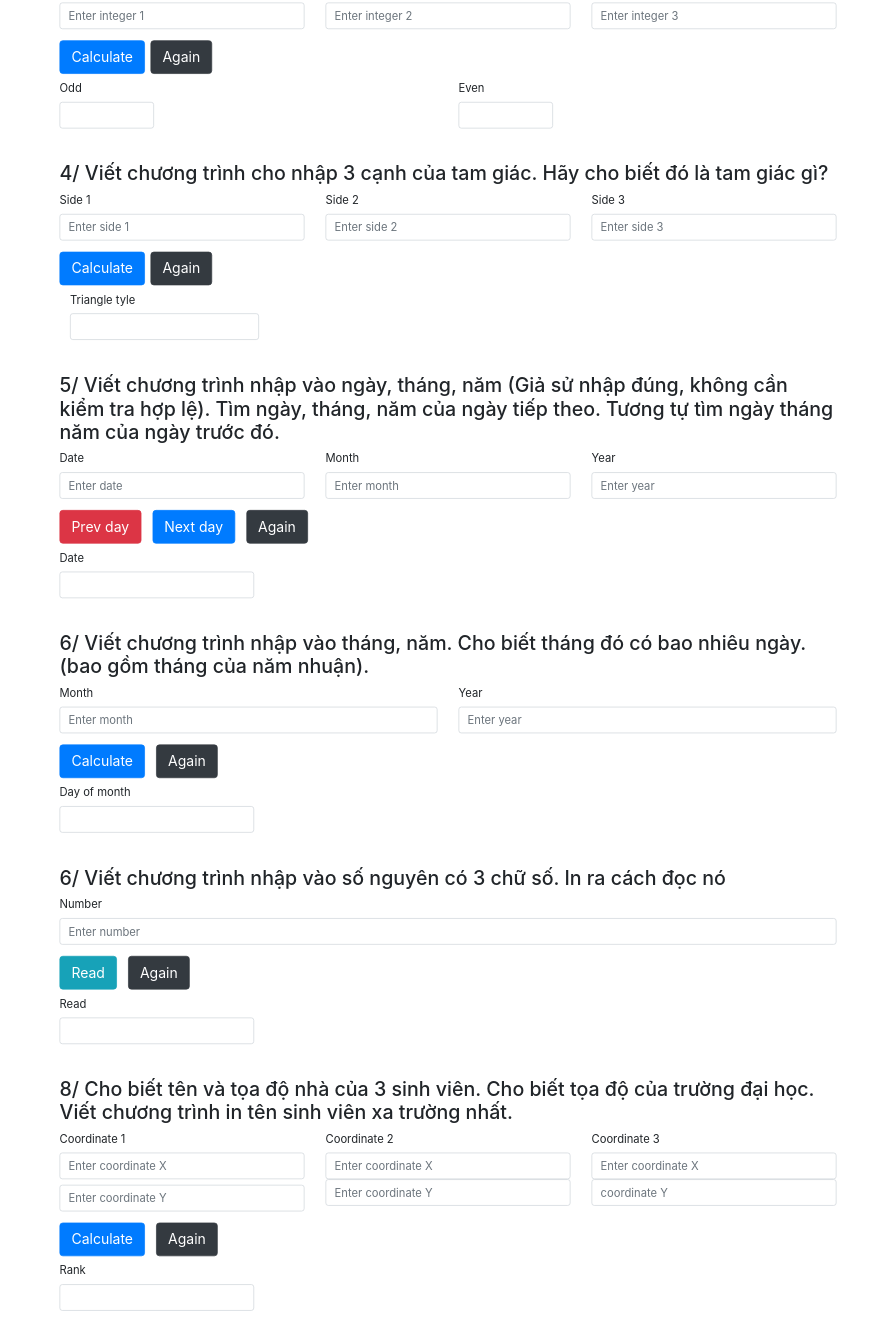
Repository: baobaodeveloper/bootscamp21__jsbasic__HuynhAnhBao
Page: index.html
The author's editor kept a copy of each file at every save. The page is drawn from the files as they stood at one save, then again after the next save.
The browser window is 1280 px wide. The pictures show the part of the page from y = 732 to 2652 px (the page is 2652 px tall), at 70% of full size.

Above is the page before, as saved 2022-03-11 18:13:26.

After the next save:
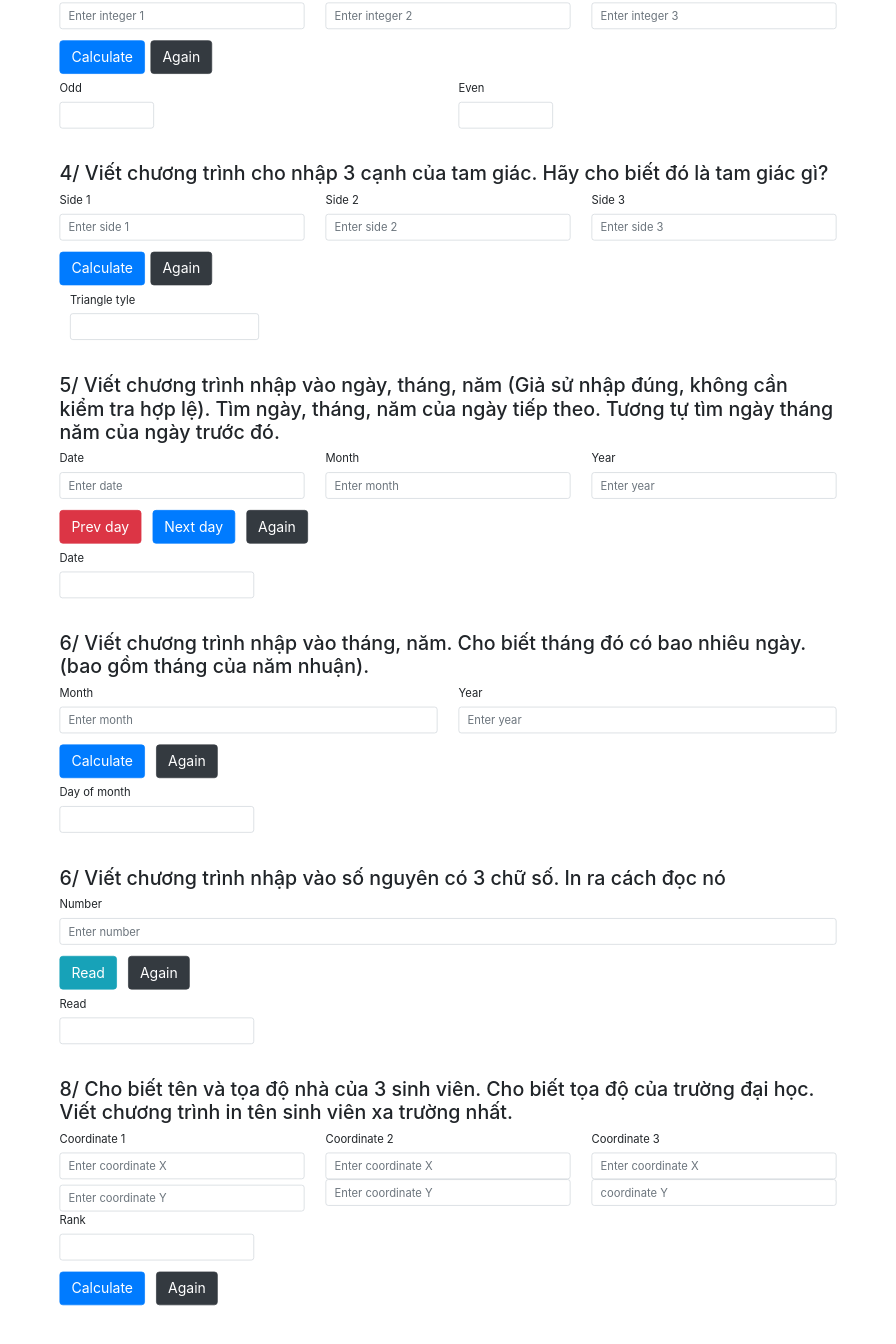
Saved 36 s later.
--- a/index.html
+++ b/index.html
@@ -433,25 +433,25 @@
         </div>
       </div>
 
-      <div class="d-flex">
-        <button
-          type="button "
-          class="btn btn-primary btn-lg mt-3 mb-2 btn-rank mr-3"
-        >
-          Calculate
-        </button>
-
-        <button
-          type="button "
-          class="btn btn-dark btn-lg mt-3 mb-2 btn-again-rank"
-        >
-          Again
-        </button>
-      </div>
-
       <div class="mt-3 m-auto">
         <label class="form-label">Rank</label>
         <input type="text" class="form-control w-25 result1" />
+      </div>
+
+      <div class="d-flex">
+        <button
+          type="button "
+          class="btn btn-primary btn-lg mt-3 mb-2 btn-rank mr-3"
+        >
+          Calculate
+        </button>
+
+        <button
+          type="button "
+          class="btn btn-dark btn-lg mt-3 mb-2 btn-again-rank"
+        >
+          Again
+        </button>
       </div>
     </div>
 
